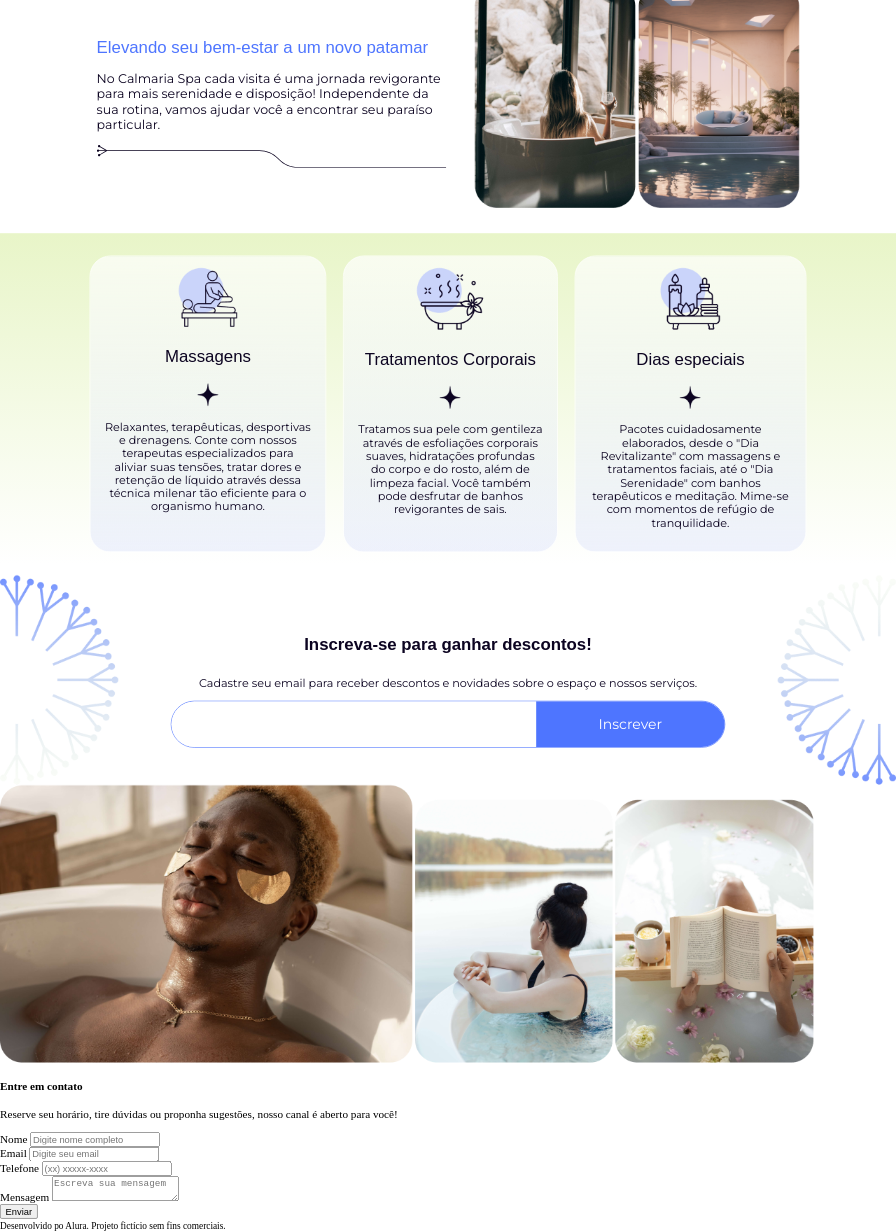
Repository: joaoPraiaJunior/curso-sass
Page: index.html
These files come from the project's save history. The page is drawn as it stood at one moment and after the next save; the edit follows.
The browser window is 1280 px wide. The pictures show the part of the page from y = 1263 to 3183 px (the page is 3022 px tall before and 3183 px after), at 70% of full size.
Some web fonts or font styles are not loaded; a fallback is used. The style sheet was rebuilt from its Sass, Less or Tailwind sources for each picture, by a compiler version that may differ from the author's.

Above is the page before, as saved 2024-07-06 19:03:57.

### index.html
<!DOCTYPE html>
<html lang="pt-BR">

<head>
    <meta charset="UTF-8">
    <meta name="viewport" content="width=device-width, initial-scale=1.0">
    <link rel="stylesheet" href="/styles/styles.css">
    <link rel="preconnect" href="https://fonts.googleapis.com">
    <link rel="preconnect" href="https://fonts.gstatic.com" crossorigin>
    <link href="https://fonts.googleapis.com/css2?family=Krona+One&family=Montserrat:wght@400;600;700&display=swap" rel="stylesheet">
    <title>Calmaria</title>
</head>

<body>
    <header>
        <img src="./assets/logo.png" alt="logo">
        <nav>
            <ul>
                <li><a href="#nosso-espaco">Nosso espaço</a></li>
                <li><a href="#servico">Servicos</a></li>
                <li><a href="#contatos">Contato</a></li>
            </ul>
        </nav>
    </header>
    <main>
        <section id="home">
            <div class="home-conteudo">
                <div class="textos-home">
                    <h1>Boas-vindas ao seu refúgio de <span> paz e bem-estar</span></h1>
                    <button class="btn-main">Quero relaxar!</button>
                </div>
                <div class="img-home">
                    <img src="/assets/home-image.png" alt="Mulher de bruços recebendo massagem nas costas">
                </div>
            </div>
        </section>
        <section id="nosso-espaco">
            <div class="detalhes">
                <div class="imgs-espaco">
                    <img class="img-espaco" src="/assets/espaco-1.png" alt="Espaço iluminado pelo sol com design futurista composto por piscina e plantas">
                </div>
                <div class="espaco-textos">
                    <h2 class="titulo">Tecnologia e natureza potencializando seu relaxamento</h2>
                    <p class="infos">Oferecemos equipamentos de ponta, produtos certificados e uma equipe de
                        profissionais ultra qualificados para dissipar seu estresse e ajudar você na busca por
                        equilíbrio e tranquilidade.</p>
                    <img class="separador" src="./assets/separador-direita.svg" alt="separador de seções">
                </div>
            </div>
            <div class="detalhes">
                <div class="imgs-espaco">
                    <img class="img-espaco" src="/assets/espaco-2.png" alt="Mulher sentada numa banheira com uma taça na mão">
                    <img class="img-espaco" src="/assets/espaco-3.png" alt="Espaço com uma piscina e um sofá ao fundo">
                </div>
                <div class="espaco-textos">
                    <h2 class="titulo">Elevando seu bem-estar a um novo patamar</h2>
                    <p class="infos">No Calmaria Spa cada visita é uma jornada revigorante para mais serenidade e
                        disposição! Independente da sua rotina, vamos ajudar você a encontrar seu paraíso
                        particular.</p>
                    <img class="separador" src="./assets/separador-esquerda.svg" alt="separador de seções">
                </div>
            </div>
        </section>
        <section id="servico">

            <div class="cards">
                <div class="card">
                    <img src="/assets/icon-massagem.png" alt="Icone de massagem">
                    <h3 class="card-titulo">Massagens</h3>
                    <img src="./assets/Soft-Star.png" alt="soft star">
                    <p class="card-texto">Relaxantes, terapêuticas, desportivas e drenagens. Conte com nossos
                        terapeutas especializados para aliviar suas tensões, tratar dores e retenção de líquido
                        através
                        dessa técnica milenar tão eficiente para o organismo humano.</p>
                </div>
                <div class="card">
                    <img src="/assets/icon-tratamentos.png" alt="Icone de tratamento com figura de uma banheira">
                    <h3 class="card-titulo">Tratamentos Corporais</h3>
                    <img src="./assets/Soft-Star.png" alt="soft star">
                    <p class="card-texto">Tratamos sua pele com gentileza através de esfoliações corporais suaves,
                        hidratações profundas do corpo e do rosto, além de limpeza facial. Você também pode
                        desfrutar de
                        banhos revigorantes de sais.</p>
                </div>
                <div class="card">
                    <img src="/assets/icon-dias-especiais.png" alt="Icone de Dias especiais com figura de produtos">
                    <h3 class="card-titulo">Dias especiais</h3>
                    <img src="./assets/Soft-Star.png" alt="soft star">
                    <p class="card-texto">Pacotes cuidadosamente elaborados, desde o "Dia Revitalizante" com
                        massagens e tratamentos faciais, até o "Dia Serenidade" com banhos terapêuticos e meditação.
                        Mime-se com momentos de refúgio de tranquilidade.</p>
                </div>
            </div>

        </section>
        <section id="desconto">
            <img src="/assets/mandala-esquerda.png" alt="Mandala lado esquerdo">
            <div class="desconto-form">
                <h4>Inscreva-se para ganhar descontos!</h4>
                <p>Cadastre seu email para receber descontos e novidades sobre o espaço e nossos serviços.</p>
                <div class="input-btn">
                    <input type="email">
                    <button type="submit">Inscrever</button>
                </div>
            </div>
            <img src="/assets/mandala-direita.png" alt="Mandala lado direito">
        </section>
        <section id="contatos">
            <div class="contatos-imgs">
                <img src="/assets/contato-img-1.png" alt="Homem deitado em banheira">
                <img src="/assets/contato-img-2.png" alt="Mulher olhando para o horizonte dentro de uma banheira">
                <img src="/assets/contato-img-3.png" alt="Visão superior de um livro nas mãos de uma pessoa dentro de uma banheira">
            </div>
            <div class="contatos-form">
                <h4 class="titulo">Entre em contato</h4>
                <p class="infos">Reserve seu horário, tire dúvidas ou proponha sugestões, nosso canal é aberto para
                    você!</p>
                <form class="inputs">
                    <div class="form-group">
                        <label for="nomeContato">Nome</label>
                        <input type="text" id="nomeContato" placeholder="Digite nome completo">
                    </div>
                    <div class="form-group">
                        <label for="emailContato">Email</label>
                        <input type="email" id="emailContato" placeholder="Digite seu email">
                    </div>
                    <div class="form-group">
                        <label for="telefoneContato">Telefone</label>
                        <input type="text" id="telefoneContato" placeholder="(xx) xxxxx-xxxx">
                    </div>
                    <div class="form-group">
                        <label for="mensagemContato">Mensagem</label>
                        <textarea id="mensagemContato" placeholder="Escreva sua mensagem"></textarea>
                    </div>
                    <button class="btn">Enviar</button>
                </form>
            </div>
        </section>
    </main>
    <footer>
        <small>Desenvolvido po Alura. Projeto fictício sem fins comerciais.</small>
    </footer>
</body>

</html>

### styles/styles.scss
@use './abstract/root';

@use './components/header';
@use './components/home';
@use './components/nosso-espaco';
@use './components/servicos';
@use './components/desconto';
@use './components/contato';

### styles/abstract/_root.scss
html {
  font-size: 62.5%;
}

body {
  font-size: 1.6rem;
  margin: 0;
  padding: 0;
  box-sizing: border-box;
}

### styles/components/_header.scss
@use "../abstract/variaveis";
@use "../abstract/mixins";

header {
  display: flex;
  flex-direction: column;
  align-items: center;
  gap: 1.6rem;
  background-color: variaveis.$cor-quaternaria;
  padding: 3.2rem;

  nav {
    border-top: 1px solid variaveis.$cor-primaria;
    width: 80%;

    ul {
      display: flex;
      justify-content: center;
      gap: 4.8rem;
      padding: 0;
      li {
        list-style-type: none;
        a {
            @include mixins.estilos-fontes(variaveis.$ft-textos, 2.2rem, variaveis.$cor-primaria);
          font-weight: 500;
          text-decoration: none;
          transition: all .1s ease-in-out;
          &:hover {
            font-weight: bolder;
          }
        }
      }
    }
  }
}

### styles/abstract/_variaveis.scss
//Variáveis
//Cores
$cor-primaria: #0C0421;
$cor-secundaria: #4e75ff;
$cor-terciaria: #85a0ff;
$cor-quaternaria: #E8F5C8;
$cor-default: #CAD4FA;
$gradiente-primario: linear-gradient(180deg, #E8F5C8 0%, #FFFFFF 96.87%);
$gradiente-secundario: linear-gradient(180deg, rgba(255, 255, 255, 0.7) 0%, rgba(202, 212, 250, 0.3) 100%);
//Fontes
$ft-textos: 'Montserrat', sans-serif;
$ft-titulos: 'Krona One', sans-serif;

### styles/abstract/_mixins.scss
@mixin margem-centralizada($width) {
    width: $width;
    margin: 0 auto;
}

@mixin estilos-fontes($font-family, $font-size, $font-color) {
    font-family: $font-family;
    font-size: $font-size;
    color: $font-color;
}

### styles/components/_home.scss
@use "../abstract/variaveis";
@use "../abstract/mixins";

#home {
  background: variaveis.$gradiente-primario;

  .home-conteudo {
    display: flex;
    align-items: center;
    @include mixins.margem-centralizada(80%);
    max-width: 1040px;
    .textos-home {
      max-width: 464px;
      h1 {
        font-family: variaveis.$ft-titulos;
        font-size: 4.2rem;
        color: variaveis.$cor-primaria;
        margin-bottom: 3.2rem;
        span {
          color: variaveis.$cor-secundaria;
        }
      }

      .btn-main {
        font-family: variaveis.$ft-textos;
        font-size: 2.2rem;
        font-weight: 600;
        color: variaveis.$cor-quaternaria;
        background-color: variaveis.$cor-secundaria;
        width: 28rem;
        border: none;
        padding: 2.4rem;
        border-radius: 40px;
        cursor: pointer;
        transition: all .3s ease-in-out;

        &:hover {
          color: variaveis.$cor-primaria;
          background-color: variaveis.$cor-default;
        }
      }
    }

    .img-home {
      max-width: 474px;
      img {
        width: 100%;
      }
    }
  }
}

### styles/components/_nosso-espaco.scss
@use "../abstract/variaveis";
@use "../abstract/mixins";

#nosso-espaco {
    @include mixins.margem-centralizada(80%);
    .detalhes {
        display: inline-flex;
        align-items: center;
        justify-content: space-around;
        gap: 2rem;
        width: 100%;
        padding: 3.2rem 0;
        .imgs-espaco {
            max-width: 500px;
        }

        .espaco-textos {
            @extend .imgs-espaco;
            .titulo {
                @include mixins.estilos-fontes(variaveis.$ft-titulos, 2.4rem, variaveis.$cor-secundaria);
                font-weight: 500;
            }

            .infos {
                @include mixins.estilos-fontes(variaveis.$ft-textos, 1.8rem, variaveis.$cor-primaria);
            }
            .separador {
                width: 100%;
            }
        }
        &:nth-child(2) {
            flex-direction: row-reverse;
        }
    }
}

### styles/components/_servicos.scss
@use "../abstract/variaveis";
@use "../abstract/mixins";

#servico {
    background: variaveis.$gradiente-primario;

    .cards {
        display: flex;
        gap: 2.4rem;
        @include mixins.margem-centralizada(80%);
        padding: 3.2rem 0;

        .card {
            background: variaveis.$gradiente-secundario;
            text-align: center;
            border: 1px solid #fff;
            padding: 1.6rem 2rem;
            border-radius: 3rem;

            &-titulo {
                @include mixins.estilos-fontes(variaveis.$ft-titulos, 2.4rem, variaveis.$cor-primaria);
                font-weight: 500;
            }
            &-texto {
                @include mixins.estilos-fontes(variaveis.$ft-textos, 1.6rem, variaveis.$cor-primaria);
            }
        }
    }
}

### styles/components/_desconto.scss
@use "../abstract/variaveis";
@use "../abstract/mixins";

#desconto {
  display: flex;
  align-items: center;
  justify-content: space-between;
  text-align: center;

  h4 {
    @include mixins.estilos-fontes(
      variaveis.$ft-titulos,
      2.4rem,
      variaveis.$cor-primaria
    );
  }
  p {
    @include mixins.estilos-fontes(
      variaveis.$ft-textos,
      1.6rem,
      variaveis.$cor-primaria
    );
  }

  .input-btn {
    display: inline-flex;
    $largura-input: 790px;
    width: $largura-input;
    height: 65px;
    margin: 0 auto;
    border: 1px solid variaveis.$cor-secundaria;
    border-radius: 65px;

    input {
        @include mixins.estilos-fontes(variaveis.$ft-textos, 1.6rem, variaveis.$cor-primaria);
        width: calc($largura-input  * 0.65);
        border: none;
        padding-left: 2rem;
        border-radius: 65px 0 0 65px;
        outline: none;
    }
    button {
        background-color: variaveis.$cor-secundaria;
        @include mixins.estilos-fontes(variaveis.$ft-textos, 2rem, #fff);
        width: calc($largura-input  * 0.35);
        border: none;
        border-radius: 0 65px 65px 0;
        cursor: pointer;
    }
  }
}

### styles/components/_contato.scss
@use "../abstract/variaveis";
@use "../abstract/mixins";

After the next save:
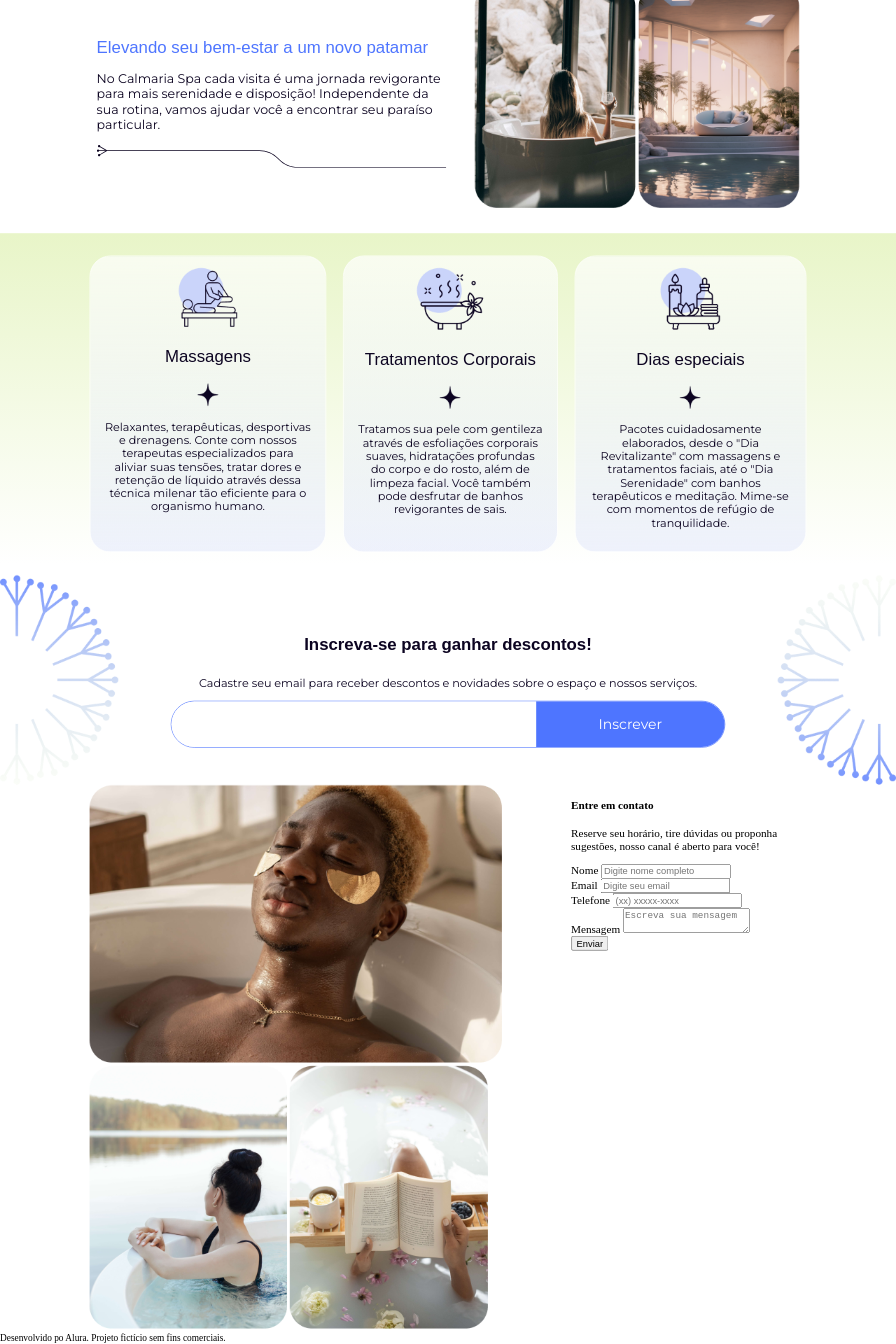
Saved 84 s later.
--- a/styles/components/_contato.scss
+++ b/styles/components/_contato.scss
@@ -1,2 +1,8 @@
 @use "../abstract/variaveis";
 @use "../abstract/mixins";
+
+#contatos {
+    display: flex;
+    justify-content: space-between;
+    @include mixins.margem-centralizada(80%);
+}
